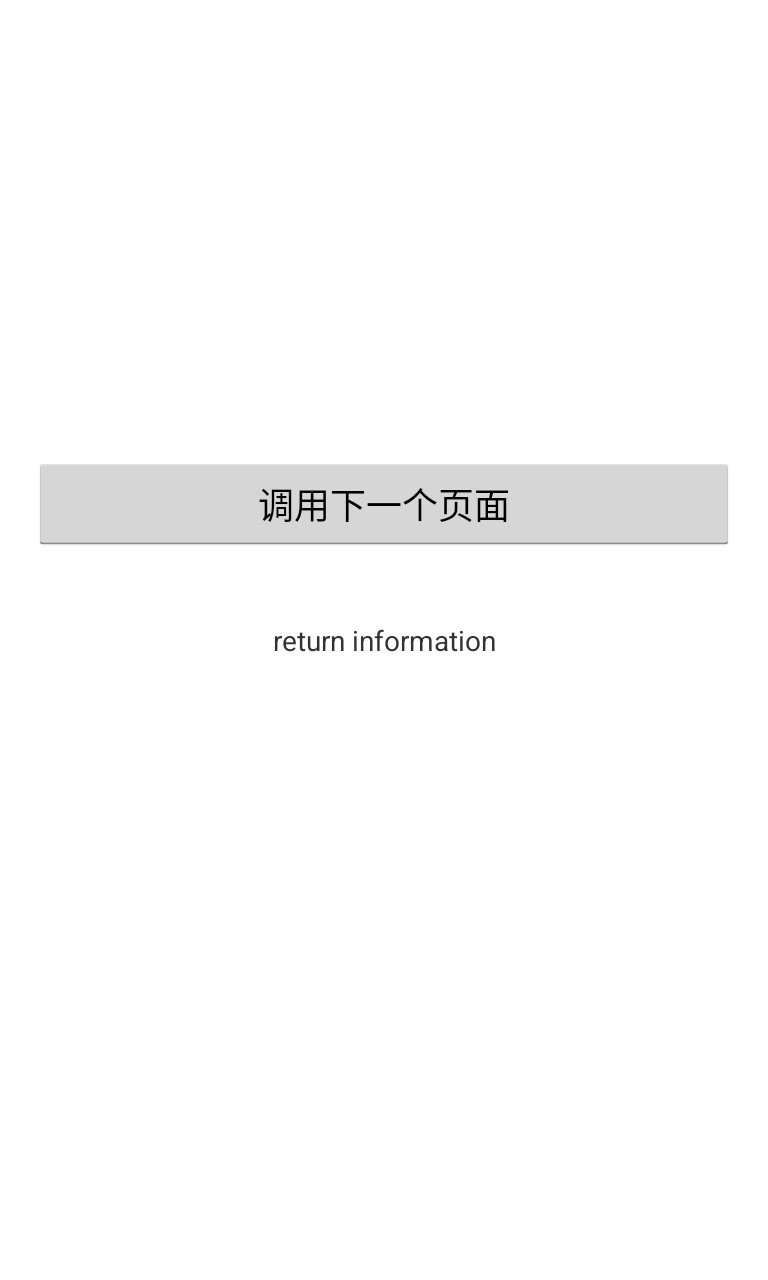
Repository: misok/android_test
Layout: CalculateDemo/res/layout/activity_main.xml
The author's editor kept a copy of each file at every save. The layout is drawn from the files as they stood at one save, then again after the next save.
It is drawn on a 768 x 1280 px phone screen (xhdpi) without system bars, with theme AppTheme; the app's code is not run.

Above is the layout before, as saved 2014-12-03 15:26:20.

### CalculateDemo/res/layout/activity_main.xml
<RelativeLayout xmlns:android="http://schemas.android.com/apk/res/android"
    xmlns:tools="http://schemas.android.com/tools"
    android:layout_width="match_parent"
    android:layout_height="match_parent"
    android:paddingBottom="@dimen/activity_vertical_margin"
    android:paddingLeft="@dimen/activity_horizontal_margin"
    android:paddingRight="@dimen/activity_horizontal_margin"
    android:paddingTop="@dimen/activity_vertical_margin"
    tools:context="com.example.calculatedemo.MainActivity" >

    <TextView
        android:id="@+id/textView1"
        android:layout_width="match_parent"
        android:layout_height="40dp"
        android:gravity="center"
        android:layout_alignRight="@+id/button1"
        android:layout_centerVertical="true"
        android:text="return information" />

    <Button
        android:gravity="center"
        android:id="@+id/button1"
        android:layout_width="match_parent"
        android:layout_height="wrap_content"
        android:layout_above="@+id/textView1"
        android:layout_alignParentLeft="true"
        android:layout_marginBottom="24dp"
        android:text="调用下一个页面" />

</RelativeLayout>

Loaded but not shown: CalculateDemo/res/values/styles.xml (common file); CalculateDemo/res/values-v11/styles.xml (common file); CalculateDemo/res/values-v14/styles.xml (common file); CalculateDemo/res/values/dimens.xml (common file); CalculateDemo/res/values-w820dp/dimens.xml (common file)

After the next save:
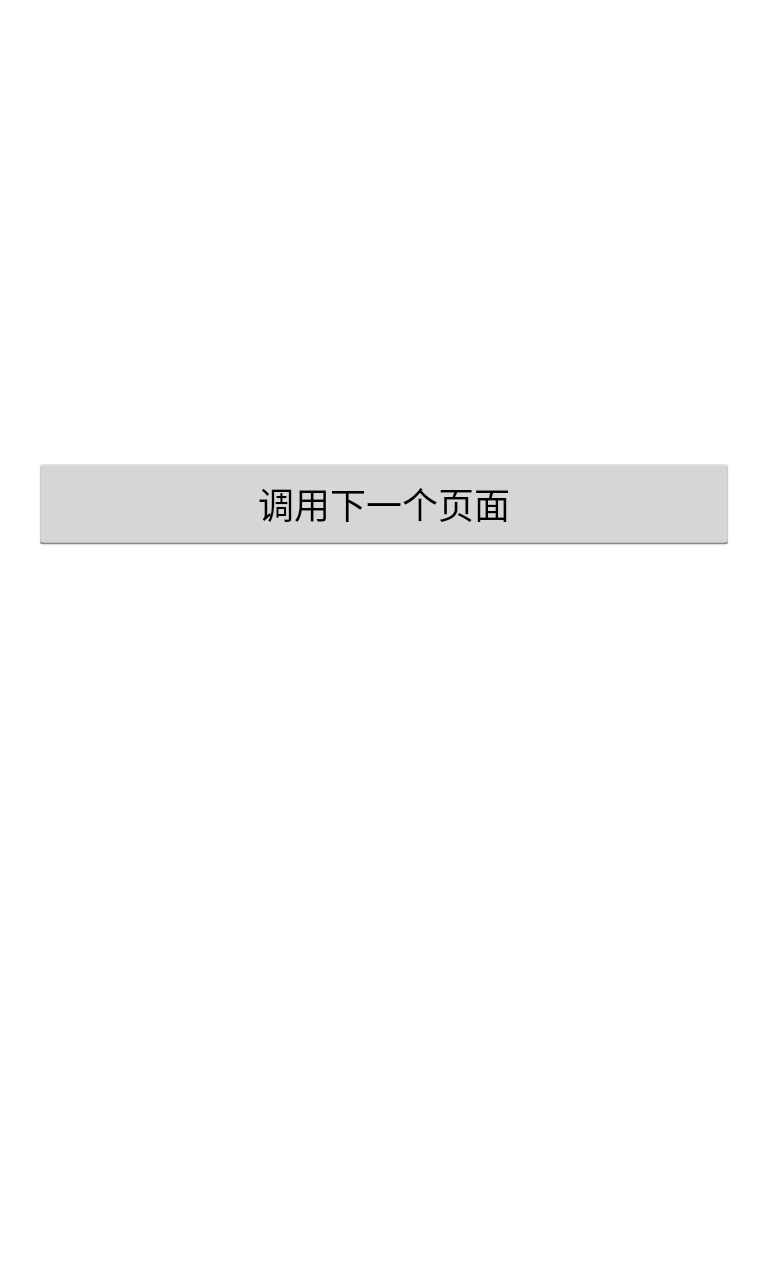
Saved 2 min 30 s later.
--- a/CalculateDemo/res/layout/activity_main.xml
+++ b/CalculateDemo/res/layout/activity_main.xml
@@ -12,10 +12,10 @@
         android:id="@+id/textView1"
         android:layout_width="match_parent"
         android:layout_height="40dp"
-        android:gravity="center"
+
         android:layout_alignRight="@+id/button1"
         android:layout_centerVertical="true"
-        android:text="return information" />
+         />
 
     <Button
         android:gravity="center"
